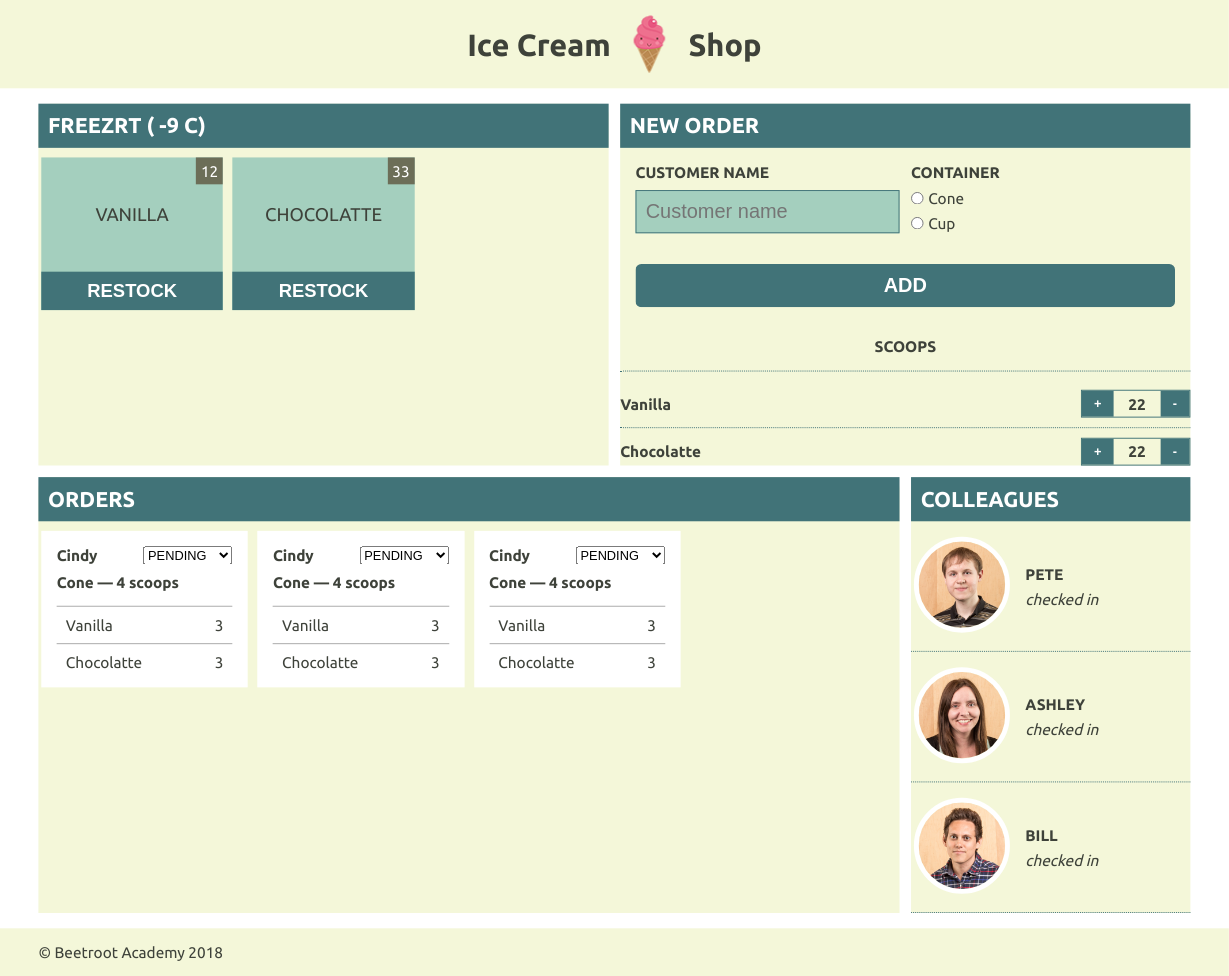
Repository: AlSemyon/Ice_Cream_Shop
Page: /
The author's editor kept a copy of each file at every save. The page is drawn from the files as they stood at one save, then again after the next save.
The browser window is 1280 px wide. The pictures show the whole page, at 96% of full size.
The project was rebuilt for these pictures with package versions that can differ from the ones it lists, and the page was loaded fresh each time.

Above is the page before, as saved 2019-01-06 10:47:07.

### src/index.js
import React from 'react';
import ReactDOM from 'react-dom';
import {Provider} from 'react-redux'
import  store from './store'

import App from './components/App';

ReactDOM.render(
    <Provider store={store}>
        <App />
    </Provider>,
    document.getElementById('root')
);

### src/store/index.js
import {createStore, applyMiddleware} from 'redux'
import thunk from 'redux-thunk'
import {createLogger} from 'redux-logger'
import reducer from '../reducer'
import { composeWithDevTools } from 'redux-devtools-extension'
import randomid from '../middlewares/randomid'

const logger = createLogger({
    collapsed: true
})

const enchancer = composeWithDevTools(applyMiddleware(randomid, thunk, logger));

const store = createStore(reducer, {}, enchancer);
window.store = store;

export default store;

### src/components/App.js
import React, {Fragment} from 'react';

import Header from './layout/Header'
import Footer from './layout/Footer'
import Box from './layout/Box'
import Freezer from './freezer'
import NewOrder from './newOrder';
import OrderTicket from './orderTicket'
import Colleagues from './colleagues'

const App = () => <Fragment>
    <Header />
    <div className="container container_main">
        <div className="wrap-box">
            <Freezer />
            <Box title="New Order">
                <NewOrder/>
            </Box>
            <Box title="Orders" className="box_orders">
                <OrderTicket/>
            </Box>
            <Box title="Colleagues" className="box_colleagues">
                <Colleagues />
            </Box>
        </div>
    </div>
    <Footer />



</Fragment>


export default App;

### src/reducer/index.js
import {combineReducers} from 'redux'

import freezer from './freezer'
import order from './order'
import employeess from './employees'

export default combineReducers({
    freezer, order, employeess
})

### src/middlewares/randomid.js
const randomid = store => next => action => {
    if (!action.randomId) {
        return next(action);
    }

    next({
        ...action,
        randomId: (Date.now() + (Math.random() * 1e7)).toString(36)
    })
};
/*
var randomId = function randomId(store){
    return function (next) {
        return function (action) {
            ...
        }
    }
}
*/
export default randomid;

### src/components/layout/Header.js
import React  from 'react';

const Header = () => <header className="header-top">
    <h1 className="logo">
        <span className="logo__span">Ice Cream</span>
        <img className="logo__img" src="/i/logo.png" alt="logo"/>
            <span className="logo__span">Shop</span>
    </h1>
</header>

export default Header;

### src/components/layout/Footer.js
import React  from 'react';


const Footer = () => <footer className="footer">
    <div className="container text-center">
        &copy; Beetroot Academy {new Date().getFullYear()}
    </div>
</footer>

export default Footer;

### src/components/layout/Box.js
import React from 'react';
import PropTypes from 'prop-types';

const Box = ({title, className, children}) => {
    return (
        <div className={`box ${className}`}>
            <h3 className="box__head">{title}</h3>
            {children}
        </div>
    )
}

Box.propTypes = {
    title: PropTypes.string.isRequired,
    className: PropTypes.string,
}

Box.defaultProps = {
    className: ''
}

export default Box

### src/components/freezer/index.js
import React, {Component}  from 'react';
import PropTypes from 'prop-types'
import {connect} from 'react-redux'
import Box from '../layout/Box';
import FreezerItem from './FreezerItem'
import { updateTemperature, addProductToFreezer } from '../../AC'


class  Freezer  extends Component {

    componentDidMount() {
        const randomTemperature = Math.round(Math.random() * 10);
        this.props.updateTemperature(randomTemperature);
    }

    render(){
        const {flavors, temperature} = this.props;
        const items = Object.keys(flavors).map(name =>
            <FreezerItem key={name}
                         name={name}
                         scoops={flavors[name]} />
        )
    	return (
    		<Box title={`Freezrt ( -${temperature || 0} C)`}>
        <div className="box__content">
            <FreezerItem name="Vanilla" scoops="12" />
            <FreezerItem name="Chocolatte" scoops="33"/>
        </div>
        </Box>
    )
    }
}

Freezer.propTypes = {
    temperature : PropTypes.number,
    flavors: PropTypes.object,
    updateTemperature: PropTypes.func.isRequired,
    addProductToFreezer: PropTypes.func.isRequired,
}

Freezer.defaultProps = {
    temperature: 0,
    flavors: {}
}

export default connect(
    ({freezer}) => ({
        flavors: freezer.flavors,
        temperature: freezer.temperature
    }),
    { updateTemperature, addProductToFreezer}
)(Freezer)

### src/components/newOrder/index.js
import React, {Component} from 'react';
import './newOrder.css'

class NewOrder extends Component {
	render(){
		return(
            <div>
            <form className="form">
                <div className="row">
                    <div className="col">
                        <label className="label-form">Customer name</label>
                        <input type="text" className="form-control" placeholder="Customer name" />
                    </div>
                    <div className="col">
                        <label className="label-form">Container</label>
                        <div>
                            <div className="form-check">
                                <input className="form-check-input" type="radio" name="inlineRadioOptions" id="cone"
                                       value="cone" />
                                    <label className="form-check-label" htmlFor="cone">Cone</label>
                            </div>
                            <div className="form-check">
                                <input className="form-check-input" type="radio" name="inlineRadioOptions" id="cup"
                                       value="cup" />
                                    <label className="form-check-label" htmlFor="cup">Cup</label>
                            </div>
                        </div>
                    </div>
                </div>
                 <button className="order-button">Add</button>
             </form>

             <div>
                <label className="label-form label-form_scoops">Scoops</label>
                <div className="scoops">
                    <div className="scoop">
                        <div className="scoop__title">Vanilla</div>
                        <div className="scoop-buttons">
                            <button className="scoop-buttons__item">+</button>
                            <span className="scoop-buttons__count">22</span>
                            <button className="scoop-buttons__item">-</button>
                        </div>
                    </div>


                    <div className="scoop">
                        <div className="scoop__title">Chocolatte</div>
                        <div className="scoop-buttons">
                            <button className="scoop-buttons__item">+</button>
                            <span className="scoop-buttons__count">22</span>
                            <button className="scoop-buttons__item">-</button>
                        </div>
                    </div>
                </div>
             </div>
             </div>
		);
	}
}

export default NewOrder;

### src/components/orderTicket/index.js
import React from 'react';
import './orderTicket.css'
import Order from './Order'

const OrderTicket  = () =>
    <div className="box__content box__content_orders">
        <Order />
        <Order />
        <Order />
	</div>


export default OrderTicket;

### src/components/colleagues/index.js
import React, {Fragment} from 'react';
import Colleague from './Colleague'
import './colleagues.css'


const  Colleagues  = () => <Fragment>
    <Colleague name="Pete" image="person1.png" status="checked in" />
    <Colleague name="Ashley" image="person5.png" status="checked in" />
    <Colleague name="Bill" image="person2.png" status="checked in" />

</Fragment>

export default Colleagues;

### src/reducer/freezer.js
import C from '../constants'
import F from '../flavors'

const defaultState = {
    temperature: null,
    flavors: {
        [F.CHOCOLATE]: 20,
        [F.VANILLA]: 50
    }
}

export default (state = defaultState, action) => {
    const {type, payload} = action;
    switch(type) {
        case C.UPDATE_TEMPERATURE:
            return {
                ...state,
                temperature: payload
            }
        case C.ADD_PRODUCT_TO_FREEZER:
            const amount = (state.flavors[payload.name] || 0) + payload.amount;
            return {
                ...state,
                flavors: {
                    ...state.flavors,
                    [payload.name]: Math.min(amount, 60)
                }
            }
        default:
            return state;
    }
}

### src/reducer/order.js
import C from '../constants'

export default (state = [], action) => {
    const {type, payload} = action;
    switch (type) {
        case C.PLACE_ORDER:
            return [...state, {...payload, status: 'pending'}]
        case C.FULLFILL_ORDER:
            return state.map((order) => {
                return order.id === payload ? {...order, status: 'fullfilled'} :  order;
            })
        case C.PAY_FOR_ORDER:
            return state.map((order) => {
                return order.id === payload ? {...order, status: 'paid'} :  order;
            })
        case C.CANCEL_ORDER:
            return state.filter((order) => order.id !== payload)
        default:
            return state
    }
}

### src/reducer/employees.js
import C from '../constants'

const defaultState = {
    data: [],
    error: null,
    loading: false
}

export default (state = defaultState, action) => {
    const {type, payload} = action;

    switch(type) {
        case C.FETCH_EMPLOYESS_REQUEST:
            return {...state, loading: true}
        case C.FETCH_EMPLOYESS_SUCCESS:
            return {...state, data: payload, loading: false}
        case C.FETCH_EMPLOYESS_FAILURE:
            return {...state, error: payload, loading: false}
        default:
            return state;
    }
}

### src/components/freezer/FreezerItem.js
import React  from 'react';
import './freezer.css'

const  FreezerItem  = ({name, scoops}) => (
    <div className="ic">
        <p className="ic__title">{name}</p>
        <p className="ic__count">{scoops}</p>
        <button className="ic__restock">Restock</button>
    </div>
)

export default FreezerItem;

### src/AC/index.js
import axios from 'axios'
import C from '../constants'


export function updateTemperature(temperature) {
    return {
        type: C.UPDATE_TEMPERATURE,
        payload: temperature
    }
}

export function addProductToFreezer(name, amount) {
    return {
        type: C.ADD_PRODUCT_TO_FREEZER,
        payload: {
            name, amount
        }
    }
}

export function placeOrder({customerName, createAt = Date.now(), cone = true, scoops}) {
    return {
        type: C.PLACE_ORDER,
        payload: {customerName, createAt, cone, scoops},
        randomId: true
    }
}
export function fullFillOrder(id) {
    return {
        type: C.FULLFILL_ORDER,
        payload: id
    }
}

export function payForOrder(id) {
    return {
        type: C.PAY_FOR_ORDER,
        payload: id
    }
}

export function cancelOrder(id) {
    return {
        type: C.CANCEL_ORDER,
        payload: id
    }
}

export function doSmth() {
    return function(dispatch, getState) {
        dispatch({
            type: 'test',
            payload: getState().freezer.temperature
        })
    }
}

export function fetchEmployess() {
    return function(dispatch, getState) {
        dispatch({
            type: C.FETCH_EMPLOYESS_REQUEST
        })
        return axios.get('/data/employees.json')
             .then(({data}) => dispatch({
                 type: C.FETCH_EMPLOYESS_SUCCESS,
                 payload: data
             }))
             .catch(err => dispatch({
                 type: C.FETCH_EMPLOYESS_FAILURE,
                 payload: err.message
             }))
    }
}

### src/components/newOrder/newOrder.css
.scoop {
    display: flex;
    justify-content: space-between;
    align-items: center;
    padding: .6rem 0;
    border-bottom: 1px dotted #417378;
}
.scoop:last-of-type {
    border-bottom: 0;
    padding-bottom: 0;
}
.label-form_scoops {
    padding: 1rem 0;
    border-bottom: 1px dotted #417378;
    text-align:center;
}
.scoop__title {
    font-weight: bold;
}
.scoop-buttons {
    display: flex;
    align-items: center;
    border: 1px solid #417378;
}
.scoop-buttons__item{
    padding: 6px 12px;
    background: #417378;
    color: #fff;
    font-weight: bold;
    line-height: 1;
    cursor: pointer;
}
.scoop-buttons__count {
    margin: 0 15px;
    font-weight: bold;
}


.order-button {
    padding: .6rem 0;
    margin-top: 1rem;
    text-align: center;
    width: 100%;
    background: #417378;
    color: #fff;
    text-transform: uppercase;
    font-size: 1.3rem;
    font-weight: bold;
    border-radius: 6px;
    cursor: pointer;
}

### src/components/orderTicket/orderTicket.css
.box__content_orders {
    grid-template-columns: repeat(4, 1fr);

}
.order {
    padding: 1rem;
    background: #fff;
}
.order-status {
    display: flex;
    justify-content: space-between;
    margin-bottom: .6rem;
}
.order-status__title {
    font-weight: bold;
}
.order-status__select {
    text-transform: uppercase;
}
.order-count{
    font-weight: bold;
}
.order-item {
    padding-top: 1rem;
}
.order-flavor__item {
    display: flex;
    justify-content: space-between;
    border-top: 1px solid darkgray;
    border-bottom: 1px solid white;
    padding: .6rem;
}
.order-flavor__item:last-of-type {
    padding-bottom: 0;
}
.order_fullfilled {
    background: lightblue;
}
.order_paid {
    background: lightpink;
}

### src/components/orderTicket/Order.js
import React, {Component} from 'react';

const STATUSES = [
    'pending',
    'fulfilled',
    'paid',
];

class Order extends Component {

	render(){
		return(
            <div className="order">
                <div className="order-status">
                    <p className="order-status__title">Cindy</p>
                    <select className="order-status__select">
                        {STATUSES.map(s => <option key={s} value={s}>{s}</option>)}
                    </select>
                </div>

                <p className="order-count">Cone — 4 scoops</p>

                <div className="order-item">
                    <div className="order-flavor__item">
                        <span className="order-item__title">Vanilla</span>
                        <span className="order-item__count">3</span>
                    </div>
                    <div className="order-flavor__item">
                        <span className="order-item__title">Chocolatte</span>
                        <span className="order-item__count">3</span>
                    </div>
                </div>
              </div>
		);
	}
}

export default Order;

### src/components/colleagues/Colleague.js
import React, {Component} from 'react';

class Colleague extends Component {

	render(){
	    const {image, name, status} = this.props
		return(
            <div className="colleagues">
                <div className="colleague__photo">
                    <img src={`/i/${image}`} alt={name} />
                </div>
                <div>
                    <p className="colleague-person-name">{name}</p>
                    <p className="colleague-person-status">{status}</p>
                </div>
            </div>
		);
	}
}

export default Colleague;

### src/components/colleagues/colleagues.css
.colleagues {
    padding: 1rem 3px;
    display: flex;
    align-items: center;
    border-bottom: 1px dotted #417378;
}
.colleague__photo img {
    width: 100px;
    margin-right: 1rem;
    border: 5px solid white;
    border-radius: 100%;
}

.colleague-person-name {
    text-transform: uppercase;
    margin-bottom: .5rem;
    font-weight: bold;
}
.colleague-person-status {
    text-transform: lowercase;
    font-style: italic;
}

### src/constants.js
export default {
    UPDATE_TEMPERATURE: 'UPDATE_TEMPERATURE',
    ADD_PRODUCT_TO_FREEZER: 'ADD_PRODUCT_TO_FREEZER',
    PLACE_ORDER: 'PLACE_ORDER',
    FULLFILL_ORDER: 'FULLFILL_ORDER',
    PAY_FOR_ORDER: 'PAY_FOR_ORDER',
    CANCEL_ORDER: 'CANCEL_ORDER',
    FETCH_EMPLOYESS_REQUEST: 'FETCH_EMPLOYESS_REQUEST',
    FETCH_EMPLOYESS_SUCCESS: 'FETCH_EMPLOYESS_SUCCESS',
    FETCH_EMPLOYESS_FAILURE: 'FETCH_EMPLOYESS_FAILURE',
}

### src/flavors.js
export default {
    CHOCOLATE: 'CHOCOLATE',
    VANILLA: 'VANILLA',
    STRAWBERRY: 'STRAWBERRY'
}

### src/components/freezer/freezer.css
.ic {
    display: flex;
    flex-direction: column;
    background: #A4CFBE;
    position: relative;
    text-align: center;
}
.ic__title {
    flex: 1;
    padding: 3rem 0;
    font-size: 1.2rem;
    text-transform: uppercase;
    margin: 0;
}

.ic__count {
    position: absolute;
    display: inline-block;
    padding: 5px;
    top: 0;
    right: 0;
    background: #6C6E58;
    color: white;
}

.ic__restock {
    background: #417378;
    color: white;
    margin: 0;
    padding: .5rem 0;
    cursor:pointer;
    font-size: 1.2rem;
}

### public/css/style.css
@import url('https://fonts.googleapis.com/css?family=Ubuntu:400,700');
* {
    margin: 0;
    padding: 0;
    box-sizing: border-box;
}



body {
    display: flex;
    flex-direction: column;
    min-height: 100vh;
    color: #3E423A;
    font-family: 'Ubuntu', sans-serif;
}
.container_main {
    flex: 1;
}
.header-top {
    background: #F4F7D9;
    padding: 1rem 0;
}
.logo {
    display: flex;
    justify-content: center;
    align-items: center;
}
.logo__img {
    margin: 0 1.5rem;
}
.container {
    width: 1200px;
    margin: auto;
}

/*  =============== wrap-box*/
.wrap-box {
    display: grid;
    grid-gap: 12px;
    grid-template-columns: repeat(4, 1fr);
    margin: 1rem 0;
}
.box {
    grid-column: span 2;
    border-top-left-radius: 12px;
    border-top-right-radius: 12px;
    background: #F4F7D9;

}
.box_orders {
    grid-column: span 3;
}
.box_colleagues {
    grid-column: span 1;
}

.box__head{
    background: #417378;
    font-size: 1.4rem;
    padding: 10px;
    color: #ffffff;
    text-transform: uppercase;
}

.box__content {
    display: grid;
    grid-gap: 10px;
    grid-template-columns: repeat(3, 1fr);
    padding: .6rem 3px;
}

/* ============== new order form*/
input[type='text'],
textarea {
    border: 1px solid #417378;
    background: #A4CFBE;
    padding: .6rem;
    width: 100%;
    margin-bottom: 1rem;
    font-size: 1.3rem;
}
input:active,
input:focus,
textarea:active,
textarea:focus,
button {
    outline: none;
}
button {
    border: 1px solid transparent;
    background: transparent;
    font-weight: bold;
    text-transform: uppercase;
    transition: background .4s ease-out;
}
button:hover {
    background: #eee;
    color:  #417378;
    border: 1px solid #417378;
}

.form {
    padding: 1rem;
}
.row {
    display: grid;
    grid-gap: 12px;
    grid-template-columns: 1fr 1fr;
}
.label-form {
    display: block;
    font-weight:bold;
    text-transform: uppercase;
    margin-bottom: .6rem;
}
.form-check {
    display: flex;
    align-items: center;
    margin-bottom: .5rem;
}
.form-check-input {
    margin-right: 5px;
}
/* ============== new order scoops*/


/* colleagues */



.footer {
    padding: 1rem;
    background: #F4F7D9;
}

Loaded but not shown: public/index.html (common file)

After the next save:
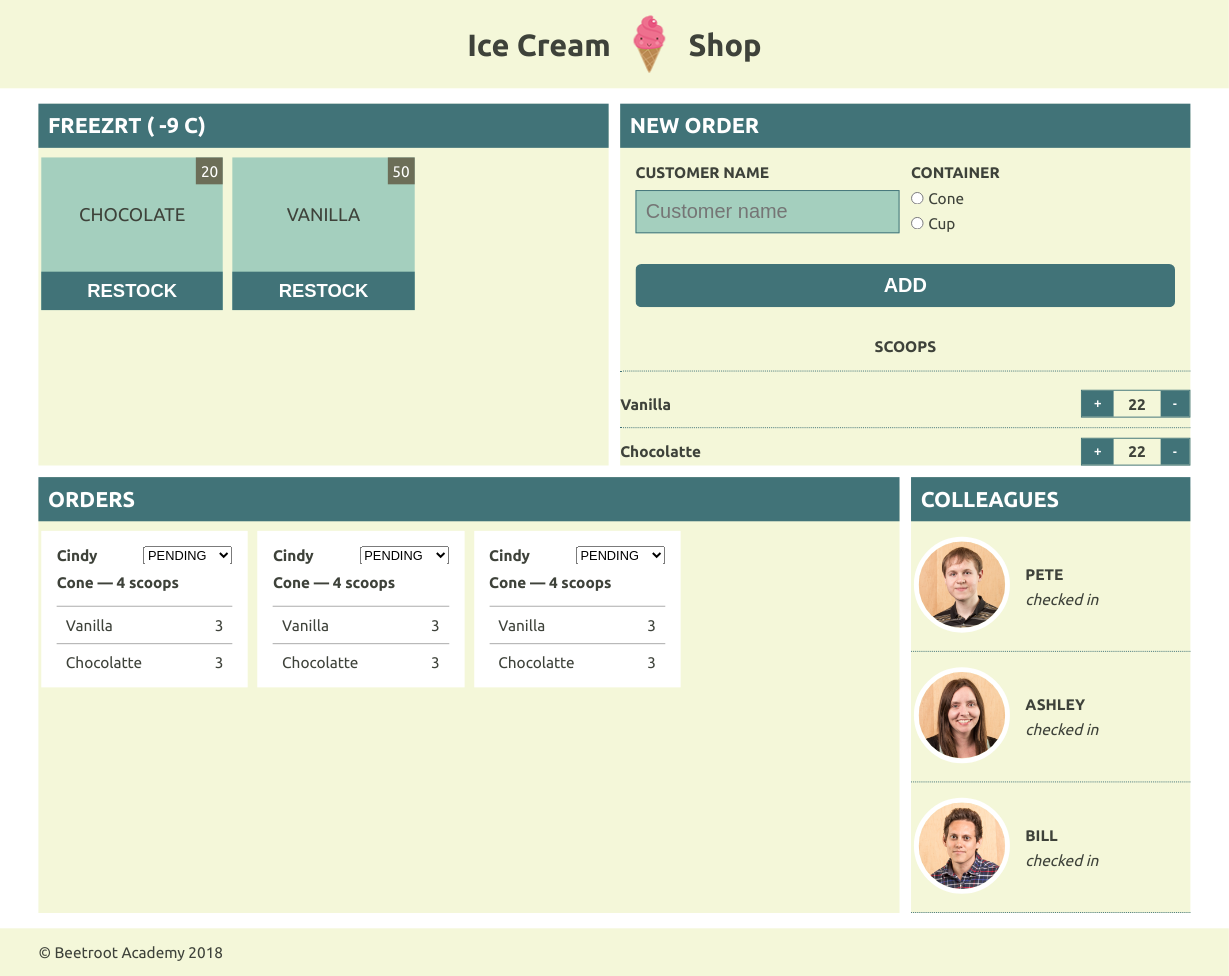
Saved 21 s later.
--- a/src/components/freezer/index.js
+++ b/src/components/freezer/index.js
@@ -22,10 +22,9 @@ class  Freezer  extends Component {
         )
     	return (
     		<Box title={`Freezrt ( -${temperature || 0} C)`}>
-        <div className="box__content">
-            <FreezerItem name="Vanilla" scoops="12" />
-            <FreezerItem name="Chocolatte" scoops="33"/>
-        </div>
+                <div className="box__content">
+                    {items}
+                </div>
         </Box>
     )
     }
